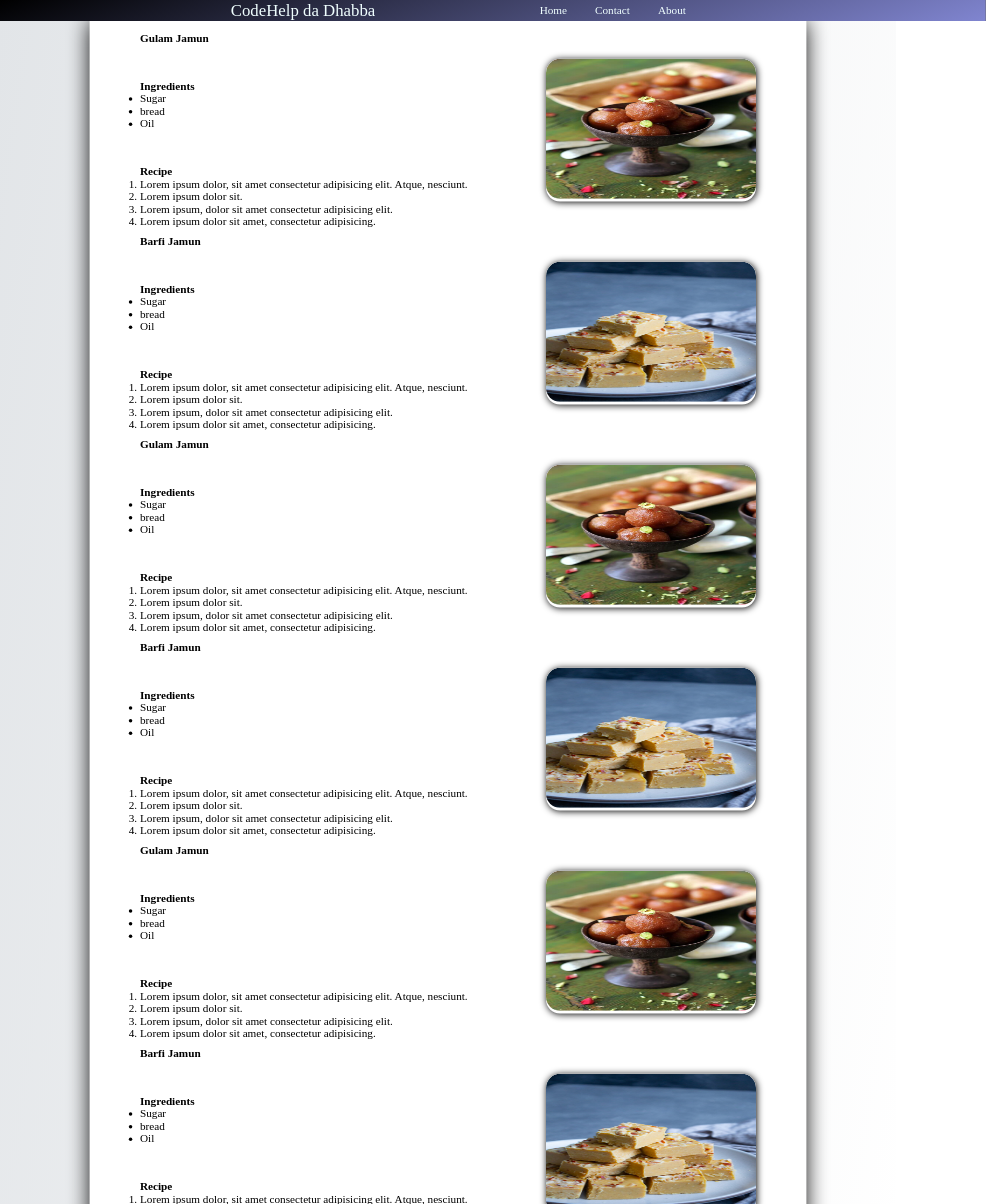
Repository: ssaddamhuss100/Recipe_Html_css
Page: index.html
These files come from the project's save history. The page is drawn as it stood at one moment and after the next save; the edit follows.
The browser window is 1280 px wide. The page is 1408 px wide, so the pictures cover 1408 px, including what lies to the right of the window. The pictures show the part of the page from y = 0 to 1720 px (the page is 1810 px tall before and 7210 px after), at 70% of full size.

Above is the page before, as saved 2024-12-12 11:01:51.

### index.html
<!DOCTYPE html>
<html lang="en">
<head>
    <meta charset="UTF-8">
    <meta http-equiv="X-UA-Compatible" content="IE=edge">
    <meta name="viewport" content="width=device-width, initial-scale=1.0">
    <title>Codehelp da Dhaaba</title>
    <link rel="stylesheet" href="style.css">
</head>
<body>

    <div class="container">

        <header>
            <div class="navContainer">
                <nav>
                    <ul id="navList">
                        <li>
                            <p id="navLogo">CodeHelp da Dhabba</p>
                        </li>
                        <li>
                            <div id="navItems">
                                <a href="#">Home</a>
                                <a href="#">Contact</a>
                                <a href="#">About</a>
                            </div>
                        </li>
                    </ul>
                </nav>
            </div>
        </header>

        <main>
            <div class="contentBox">
                <!-- item 1  -->
                <section>
                    <div class="item">
                        <div class="leftBox">
                            <!-- heaeding -->
                            <h2>Gulam Jamun</h2>

                            <div>
                                <h2>Ingredients</h2>
                                <ul class="ingBox">
                                    <li>Sugar</li>
                                    <li>bread</li>
                                    <li>Oil</li>
                                </ul>
                            </div>

                            <div>
                                <h2>Recipe</h2>
                                <ol class="recipeBox">
                                    <li>Lorem ipsum dolor, sit amet consectetur adipisicing elit. Atque, nesciunt.</li>
                                    <li>Lorem ipsum dolor sit.</li>
                                    <li>Lorem ipsum, dolor sit amet consectetur adipisicing elit.</li>
                                    <li>Lorem ipsum dolor sit amet, consectetur adipisicing.</li>
                                </ol>
                            </div>



                        </div>

                        <div class="rightBox">
                            <img
                                src="bread-gulab-jamun-recipe.jpg"
                            />
                            <div class="overlay">
                                <span> Click here to Buy</span>
                            </div>
                        </div>
                    </div>
                </section>

                <section>
                    <div class="item">
                        <div class="leftBox">
                            <!-- heaeding -->
                            <h2>Barfi Jamun</h2>

                            <div>
                                <h2>Ingredients</h2>
                                <ul>
                                    <li>Sugar</li>
                                    <li>bread</li>
                                    <li>Oil</li>
                                </ul>
                            </div>

                            <div>
                                <h2>Recipe</h2>
                                <ol>
                                    <li>Lorem ipsum dolor, sit amet consectetur adipisicing elit. Atque, nesciunt.</li>
                                    <li>Lorem ipsum dolor sit.</li>
                                    <li>Lorem ipsum, dolor sit amet consectetur adipisicing elit.</li>
                                    <li>Lorem ipsum dolor sit amet, consectetur adipisicing.</li>
                                </ol>
                            </div>



                        </div>
                        <div class="rightBox">
                            <img
                                src="Magaz-5-of-5-2-960x1440.jpg"
                            />
                        </div>
                    </div>
                </section>

                <section>
                    <div class="item">
                        <div class="leftBox">
                            <!-- heaeding -->
                            <h2>Gulam Jamun</h2>

                            <div>
                                <h2>Ingredients</h2>
                                <ul class="ingBox">
                                    <li>Sugar</li>
                                    <li>bread</li>
                                    <li>Oil</li>
                                </ul>
                            </div>

                            <div>
                                <h2>Recipe</h2>
                                <ol class="recipeBox">
                                    <li>Lorem ipsum dolor, sit amet consectetur adipisicing elit. Atque, nesciunt.</li>
                                    <li>Lorem ipsum dolor sit.</li>
                                    <li>Lorem ipsum, dolor sit amet consectetur adipisicing elit.</li>
                                    <li>Lorem ipsum dolor sit amet, consectetur adipisicing.</li>
                                </ol>
                            </div>



                        </div>

                        <div class="rightBox">
                            <img
                                src="bread-gulab-jamun-recipe.jpg"
                            />
                            <div class="overlay">
                                <span> Click here to Buy</span>
                            </div>
                        </div>
                    </div>
                </section>

                <section>
                    <div class="item">
                        <div class="leftBox">
                            <!-- heaeding -->
                            <h2>Barfi Jamun</h2>

                            <div>
                                <h2>Ingredients</h2>
                                <ul>
                                    <li>Sugar</li>
                                    <li>bread</li>
                                    <li>Oil</li>
                                </ul>
                            </div>

                            <div>
                                <h2>Recipe</h2>
                                <ol>
                                    <li>Lorem ipsum dolor, sit amet consectetur adipisicing elit. Atque, nesciunt.</li>
                                    <li>Lorem ipsum dolor sit.</li>
                                    <li>Lorem ipsum, dolor sit amet consectetur adipisicing elit.</li>
                                    <li>Lorem ipsum dolor sit amet, consectetur adipisicing.</li>
                                </ol>
                            </div>



                        </div>
                        <div class="rightBox">
                            <img
                                src="Magaz-5-of-5-2-960x1440.jpg"
                            />
                        </div>
                    </div>
                </section>

                <section>
                    <div class="item">
                        <div class="leftBox">
                            <!-- heaeding -->
                            <h2>Gulam Jamun</h2>

                            <div>
                                <h2>Ingredients</h2>
                                <ul class="ingBox">
                                    <li>Sugar</li>
                                    <li>bread</li>
                                    <li>Oil</li>
                                </ul>
                            </div>

                            <div>
                                <h2>Recipe</h2>
                                <ol class="recipeBox">
                                    <li>Lorem ipsum dolor, sit amet consectetur adipisicing elit. Atque, nesciunt.</li>
                                    <li>Lorem ipsum dolor sit.</li>
                                    <li>Lorem ipsum, dolor sit amet consectetur adipisicing elit.</li>
                                    <li>Lorem ipsum dolor sit amet, consectetur adipisicing.</li>
                                </ol>
                            </div>



                        </div>

                        <div class="rightBox">
                            <img
                                src="bread-gulab-jamun-recipe.jpg"
                            />
                            <div class="overlay">
                                <span> Click here to Buy</span>
                            </div>
                        </div>
                    </div>
                </section>

                <section>
                    <div class="item">
                        <div class="leftBox">
                            <!-- heaeding -->
                            <h2>Barfi Jamun</h2>

                            <div>
                                <h2>Ingredients</h2>
                                <ul>
                                    <li>Sugar</li>
                                    <li>bread</li>
                                    <li>Oil</li>
                                </ul>
                            </div>

                            <div>
                                <h2>Recipe</h2>
                                <ol>
                                    <li>Lorem ipsum dolor, sit amet consectetur adipisicing elit. Atque, nesciunt.</li>
                                    <li>Lorem ipsum dolor sit.</li>
                                    <li>Lorem ipsum, dolor sit amet consectetur adipisicing elit.</li>
                                    <li>Lorem ipsum dolor sit amet, consectetur adipisicing.</li>
                                </ol>
                            </div>



                        </div>
                        <div class="rightBox">
                            <img
                                src="Magaz-5-of-5-2-960x1440.jpg"
                            />
                        </div>
                    </div>
                </section>
            </div>
        </main>

        <footer>
           <div class="footerBox">
                <p>
                    Copyright  &copy; CodeHelp da Dhaaba Pvt Ltd 2023 All Rights Reserved
                </p>
           </div>
        </footer>


    </div>

</body>
</html>

### style.css
*{
    margin: 0;
    padding: 0;
    box-sizing: border-box;
}
.container{
    height: 100%;
    width: 100%;
    overflow-x: none;
    background-color: #e2e5e8;
    background-image: linear-gradient(98deg, #e2e5e8 0%, #ffffff 100%);

}

.navContainer{
    width: 110vw;
    /* background-color: rgba(113, 113, 154, 0.776);
    */
    background-color: #000000;
   background-image: linear-gradient(160deg, #000000 0%, #8085d0 100%);

    min-height: 30px;
    display: flex;
    justify-content: center;
    align-items: center;
    position: relative;
}
nav{
    width: 70%;
}
#navList{
    width: 90%;
    padding: 1px;

    list-style: none;
    font-size: 1rem;
    display: flex;
    justify-content: space-around;
    align-items: center;
}

#navLogo{
    font-size: 1.5rem;
    color: azure;
}

a{
    text-decoration: none;
    color: azure;
}
#navItems{
    display: flex;
    gap:40px;

}

footer{
    width: 100%;
}

.footerBox{
    background-color: #000000;
    background-image: linear-gradient(160deg, #000000 0%, #8085d0 100%);
    width: 100%;
    text-align: center;
    min-height: 10px;
}

.footerBox p {
    color: azure;
    font-size: 1rem;
}

.contentBox{
    width: 80%;
    margin: auto;
    background-color: white;
    display: flex;
    flex-direction: column;
    gap: 10px;
    padding: 1rem;
    box-shadow: 0px 0px 30px black;
}

.item{
    display: flex;
    justify-content: space-around;
    align-items: center;
}

.rightBox{
    position: relative;
    overflow: hidden;
    transition: all 0.3s linear 0s;
    box-shadow: 1px 1px 10px black;
    border-radius: 20px;
}

.rightBox img{
    height: 200px;
    width: 300px;
    border-radius: 20px;
    transition: all 0.6s linear 0s;
}

.rightBox:hover{
    transform: scale(1.1);
}

.leftBox{
    display: flex;
    flex-direction: column;
    gap: 50px;
}
.leftBox h2{
    font-size: 1rem;
}

.ingBox{
    font-size: 1rem;
}

.recipeBox{
    font-size: 1rem;
}

.rightBox .overlay{
    position: absolute;
    top: 0;
    left: 0;
    height: 100%;
    width: 100%;
    background-color: rgba(36, 34, 34, 0.713);
    border-radius: 20px;
    display: flex;
    align-items: center;
    justify-content: center;
    opacity: 0;
    transition: all 0.3s linear 0s;
}

.rightBox:hover .overlay{
    opacity: 1;
}

.rightBox .overlay span{
    color: white;
    font-size: 1.2rem;
}

After the next save:
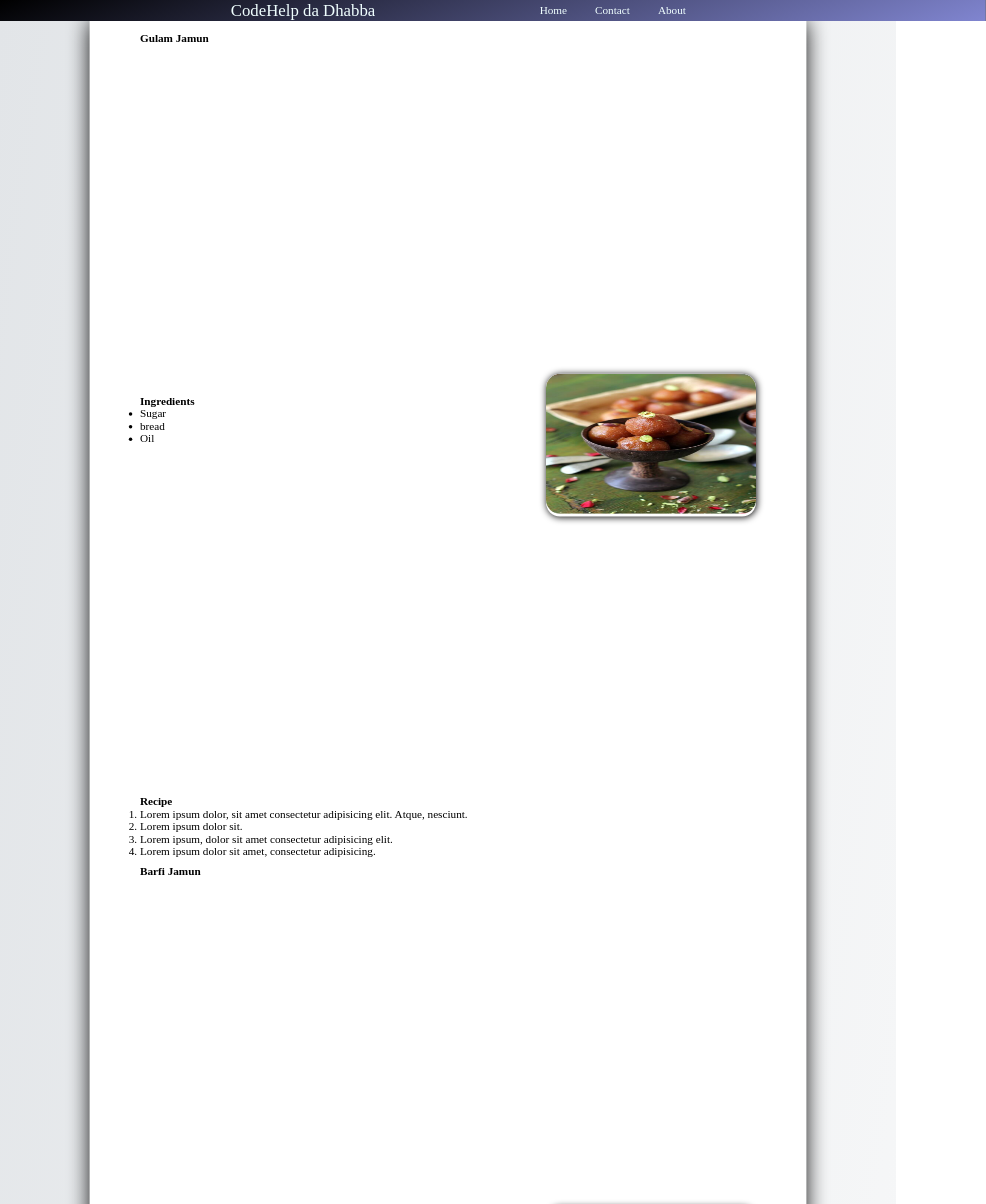
Saved 52 s later.
--- a/style.css
+++ b/style.css
@@ -110,7 +110,7 @@ footer{
 .leftBox{
     display: flex;
     flex-direction: column;
-    gap: 50px;
+    gap: 500px;
 }
 .leftBox h2{
     font-size: 1rem;
